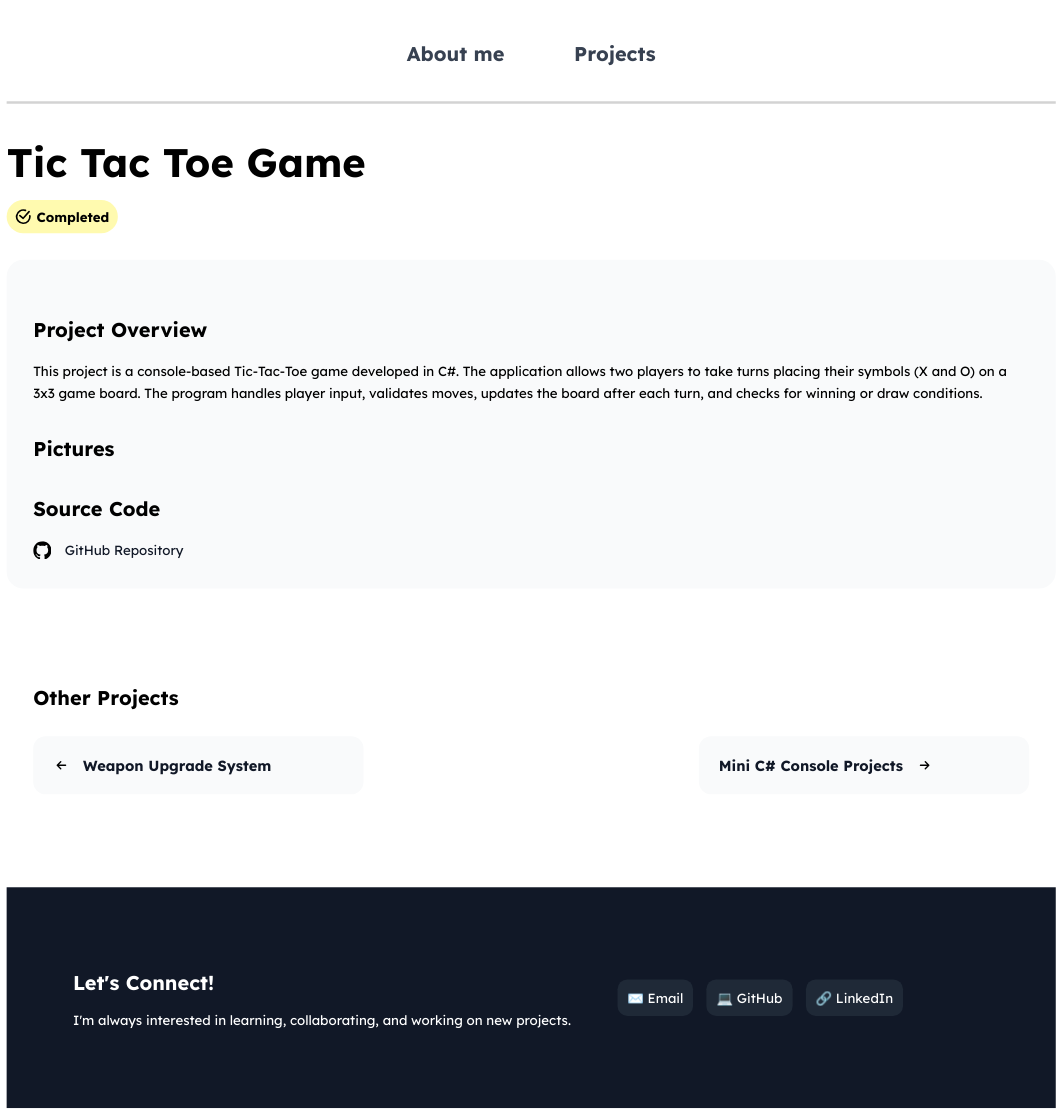
Repository: perrybalaba/perrybalaba
Page: pages/tic-tac-toe.html
These files come from the project's save history. The page is drawn as it stood at one moment and after the next save; the edit follows.
The browser window is 1280 px wide. The pictures show the whole page, at 83% of full size.

Above is the page before, as saved 2026-05-14 19:21:14.

### pages/tic-tac-toe.html
<!DOCTYPE html>
<html lang="en">
<head>
    <meta charset="UTF-8">
    <meta name="viewport" content="width=device-width, initial-scale=1.0">
    <title> Perry's Portfolio </title>
    <link rel="stylesheet" href="../styles/projects.css"/>
    <link rel="stylesheet" href="../styles/globals.css"/>
</head>
<body>
    <main>
        <!-- NAVIGATION BAR -->
        <nav class="Nav-Bar">
            <ul>
                <li><a href="../index.html"> About me </a></li>
                <li><a href="../pages/weapon-upgrade.html"> Projects </a></li>
            </ul>
        </nav>
        <!-- INFO -->
        <div class="Project-Info">
            <div class="Project-Info-Container">
                <h2> Tic Tac Toe Game </h2>
                <div class="Project-Stats">
                    <span class="Completed">
                        <img src="../assets/images/check-circle-svgrepo-com.svg" alt="completed"/>
                        Completed
                    </span>
                </div>
                <div class="Project-Info-Card">
                    <h3> Project Overview </h3>
                        <p>
                            This project is a console-based Tic-Tac-Toe game developed in C#. The application allows
                            two players to take turns placing their symbols (X and O) on a 3x3 game board. The program
                            handles player input, validates moves, updates the board after each turn, and checks for winning
                            or draw conditions.
                        </p>
                    <h3> Pictures </h3>
                    <h3> Source Code </h3>
                        <div class="GitHub-Repo">
                            <a href="">
                                <img src="../assets/images/github-142-svgrepo-com.svg" alt="github logo">
                                GitHub Repository
                            </a>
                        </div>
                </div>
            </div>
        </div>

        <!-- MORE PROJECTS -->
        <div class="Other-Projects">
            <h2> Other Projects </h2>
            <div class="Other-Projects-Container">
                <div class="Other-Projects-Card Left-Card">
                    <a href="./weapon-upgrade.html">
                    <img src="../assets/images/arrow-sm-left-svgrepo-com.svg">
                    Weapon Upgrade System
                    </a>
                </div>

                <div class="Other-Projects-Card Right-Card">
                    <a href="./console-projects.html">
                        Mini C# Console Projects
                        <img src="../assets/images/arrow-sm-right-svgrepo-com.svg">
                    </a>
                </div>
            </div>
        </div>


        <!-- CONTACT -->
        <div class="Contact">
            <div class="Contact-Container">
                <div class="Contact-Text">
                    <h2> Let's Connect! </h2>
                    <p>
                        I'm always interested in learning, collaborating, and working on new projects.
                    </p>
                </div>

                <div class="Contact-Links">
                    <a href="mailto:balabaperry@gmail.com"> ✉️ Email</a>
                    <a href="https://github.com/perrybalaba"> 💻 GitHub </a>
                    <a href="https://www.linkedin.com/in/ann-karen-balaba-46b839387/"> 🔗 LinkedIn</a>
                </div>
            </div>
        </div>

    </main>
</body>
</html>

### styles/projects.css
/* NAVIGATION BAR */
.Nav-Bar {
    padding: 1rem;
    border-bottom: 3px solid lightgray;
}

nav ul {
    list-style: none;
    display: flex;
    justify-content: center;
    flex-wrap: wrap;
    gap: 2rem;
    padding: 0;
}

nav ul li a {
    display: block;
    text-align: center;
    padding: .75rem 1rem;
    text-decoration: none;
    color: #374151;
    font-weight: bold;
    padding: 10px;
    border-radius: 10px;
    font-size: 1rem;
    transition: 0.2s;
}

nav ul li a:hover {
    transform: scale(1.08);
    background-color: #f3f4f6;
    color: black;
}

/* PROJECT */
.Other-Projects {
    max-width: 1100px;
    margin: 0;
    padding: 2rem;
}

.Project-Info-Container h2 {
    font-size: 3rem;
    margin-bottom: 1rem;
}

.Project-Stats {
    display: flex;
    gap: 1rem;
    flex-wrap: wrap;
    margin-bottom: 2rem;
}

.Work-In-Progress {
    display: flex;
    align-items: center;
    gap: 6px;
    background-color: #fffaaf;
    padding: 10px;
    border-radius: 1000px;
    font-weight: bold;
}

.Work-In-Progress img {
    width: 20px;
    height: 20px;
}

.Completed {
    display: flex;
    align-items: center;
    gap: 6px;
    background-color: #fffaaf;
    padding: 10px;
    border-radius: 1000px;
    font-weight: bold;
}

.Completed img {
    width: 20px;
    height: 20px;
}

.Project-Info-Card {
    background-color: #f9fafb;
    padding: 2rem;
    border-radius: 20px;
    line-height: 1.7;
}

.Project-Info-Card h3 {
    font-size: 1.5rem;
    margin-bottom: 1rem;
    margin-top: 2rem;
}

.GitHub-Repo a {
    text-decoration: none;
    color: #111827;
    display: flex;
    align-items: center;
    gap: 1rem;
    transition: 0.2s ease;
}

.GitHub-Repo a:hover {
    transform: scale(1.01);
}

.GitHub-Repo img {
    width: 22px;
    height: 22px;
}

/* OTHER PROJECTS */
.Other-Projects {
    margin-top: 4rem;
    max-width: 1200px;
    padding: 2rem;
}

.Other-Projects-Container {
    display: flex;
    flex-direction: column;
    gap: 1rem;
    margin-top: 2rem;
}

.Other-Projects h2 {
    margin-bottom: 2rem;
}

.Other-Projects-Card {
    background-color: #f9fafb;
    padding: 1.5rem;
    border-radius: 15px;
    width: 100%;
    transition: 0.2s ease;
}

.Other-Projects-Card:hover {
    transform: translateY(-5px);
    background-color: #f3f4f6;
}

.Other-Projects-Card a {
    text-decoration: none;
    color: #111827;
    font-weight: bold;
    font-size: 1.1rem;
    display:flex;
    align-items: center;
    gap: 1rem;
}

.Other-Projects-Card img {
    width: 20px;
    height: 20px;
    transition: transform 0.2s ease;
}

.Left-Card:hover img {
    transform: translateX(-5px);
}

.Right-Card:hover img {
    transform: translateX(5px);
}

/* CONTACT */
.Contact {
    background-color: #111827;
    color: white;
    padding: 5rem;
    margin-top: 5rem;
}

.Contact-Container {
    display: flex;
    justify-content: space-between;
    align-items: center;
    max-width: 1000px;
    margin: 0;
    flex-wrap: wrap;
    gap: 2rem;
}

.Contact-Links {
    display: flex;
    gap: 1rem;
    flex-wrap: wrap;
}

.Contact-Links a {
    text-decoration: none;
    background-color: #1F2937;
    color: white;
    padding: 12px;
    border-radius: 12px;
    transition: 0.2s ease;
}

.Contact-Links a:hover {
    background-color: #374151;
    transform: scale(1.03);
}

### styles/globals.css
/* FONTS */
@font-face {
    font-family: "NotoSans";
    src: url(../assets/fonts/Noto_Sans/NotoSans-VariableFont_wdth\,wght.ttf);
}

@font-face {
    font-family: "Lexend";
    src: url(../assets/fonts/Lexend_Deca\,Noto_Sans/Lexend_Deca/LexendDeca-VariableFont_wght.ttf);
}

.Home-Header {
    font-family: "NotoSans";
}

.Nav-Bar {
    font-family: "Lexend";
}

main {
    font-family: "Lexend";
}

/* TABLET DESIGN */
@media (min-width: 768px) {
    /* NAVIGATION BAR */
    nav ul li a {
        font-size: 1.3rem;
    }

    /* HEADER */
    .Home-Header {
        font-size: 2.2rem;
    }

    /* ABOUT ME */
    .Info {
        flex-direction: row;
        justify-content: center;
        align-items: center;
        gap: 2rem;
        padding: 2rem;
    }

    .Description {
        width: 60%;
        max-width: 600px;
    }

    .Info img {
        max-width: 300px;
        width: 40%;
    }

    /* SKILLS */
    .Skill-Card {
        width: 260px;
    }

    .Skill-Icons img {
        width: 50px;
        height: 50px;
    }

    /* OTHER PROJECTS */
    .Other-Projects-Container {
        flex-direction: row;
        justify-content: space-between;
        align-items: center;
    }

    .Other-Projects-Card {
        width: 300px;
    }
}

/* DESKTOP */
@media (min-width: 1024px) {

    /* NAVIGATION */
    nav ul {
        gap: 4rem;
    }

    nav ul li a {
        font-size: 1.5rem;
    }

    /* ABOUT ME */
    .Info {
        gap: 5rem;
        padding: 4rem;
        justify-content: center;
        flex-direction: row;
        align-items: center;
    }

    .Description {
        max-width: 650px;
        font-size: 1.2rem;
        display: flex;
        flex-direction: column;
        align-items: center;
        justify-content: center;
        gap: 1rem;
    }

    .Info img {
        max-width: 500px;
    }

    .Home-Header {
        font-size: 4rem;
    }

    /* SKILLS */
    .Skill-Container {
        gap: 3rem;
    }

    .Skill-Card {
        width: 280px;
    }

    .Skill-Icons img {
        width: 80px;
        height: 80px;
    }

    /* SKILLS */
    .Projects-Container {
        display: flex;
        flex-direction: column;
        align-items: center;
    }

    .Project-Card {
        width: 100%;
        max-width: 850px;
        margin: 0 auto;
    }

    /* OTHER PROJECTS */
    .Other-Projects-Container {
        justify-content: space-between;
        align-items: center;
    }

    .Other-Projects-Card {
        width: 350px;
        padding: 1.5rem;
    }

    .Other-Projects-Card a {
        font-size: 1.1rem;
    }
}

After the next save:
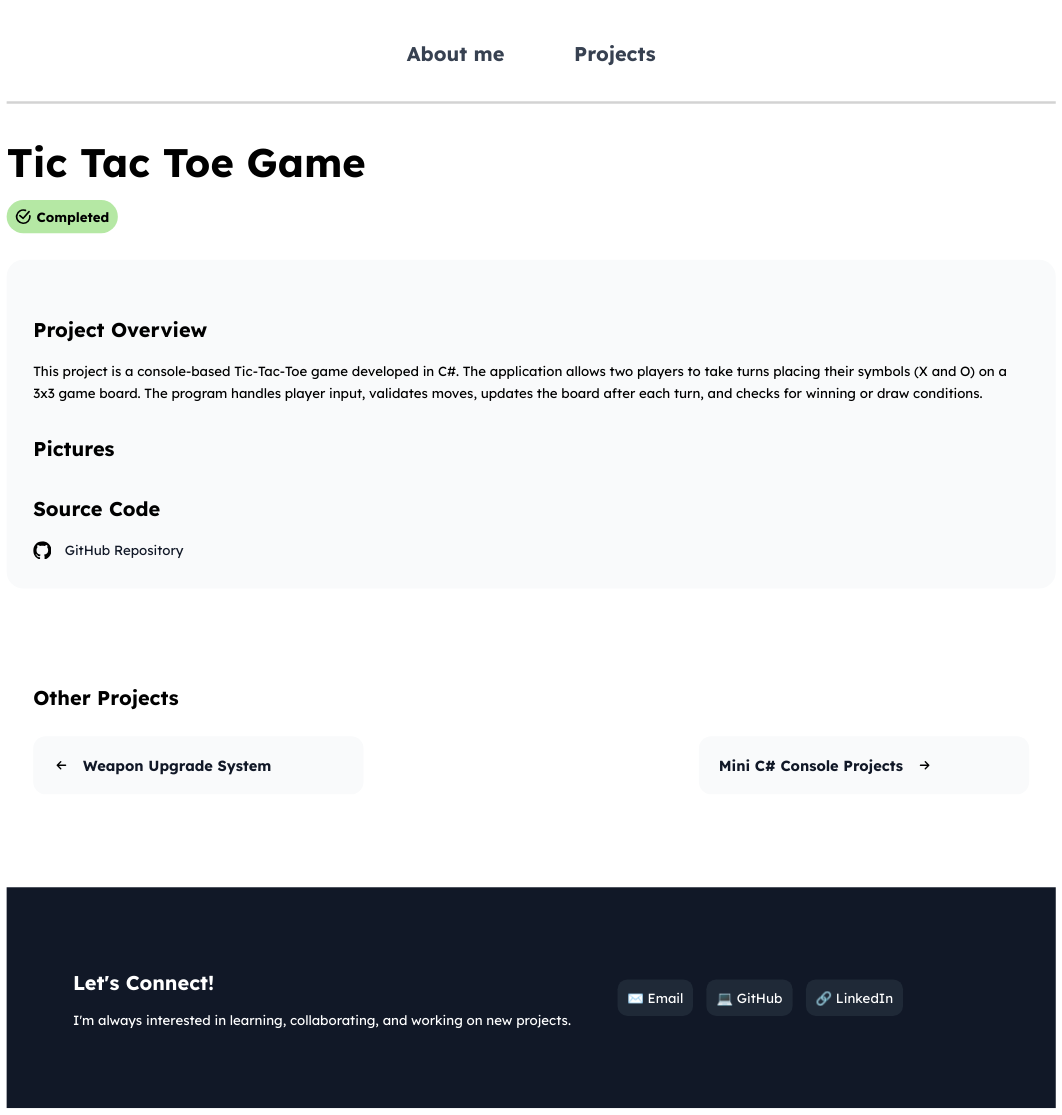
Saved 40 min 0 s later.
--- a/styles/projects.css
+++ b/styles/projects.css
@@ -70,7 +70,7 @@ nav ul li a:hover {
     display: flex;
     align-items: center;
     gap: 6px;
-    background-color: #fffaaf;
+    background-color: #b5e8a4;
     padding: 10px;
     border-radius: 1000px;
     font-weight: bold;
